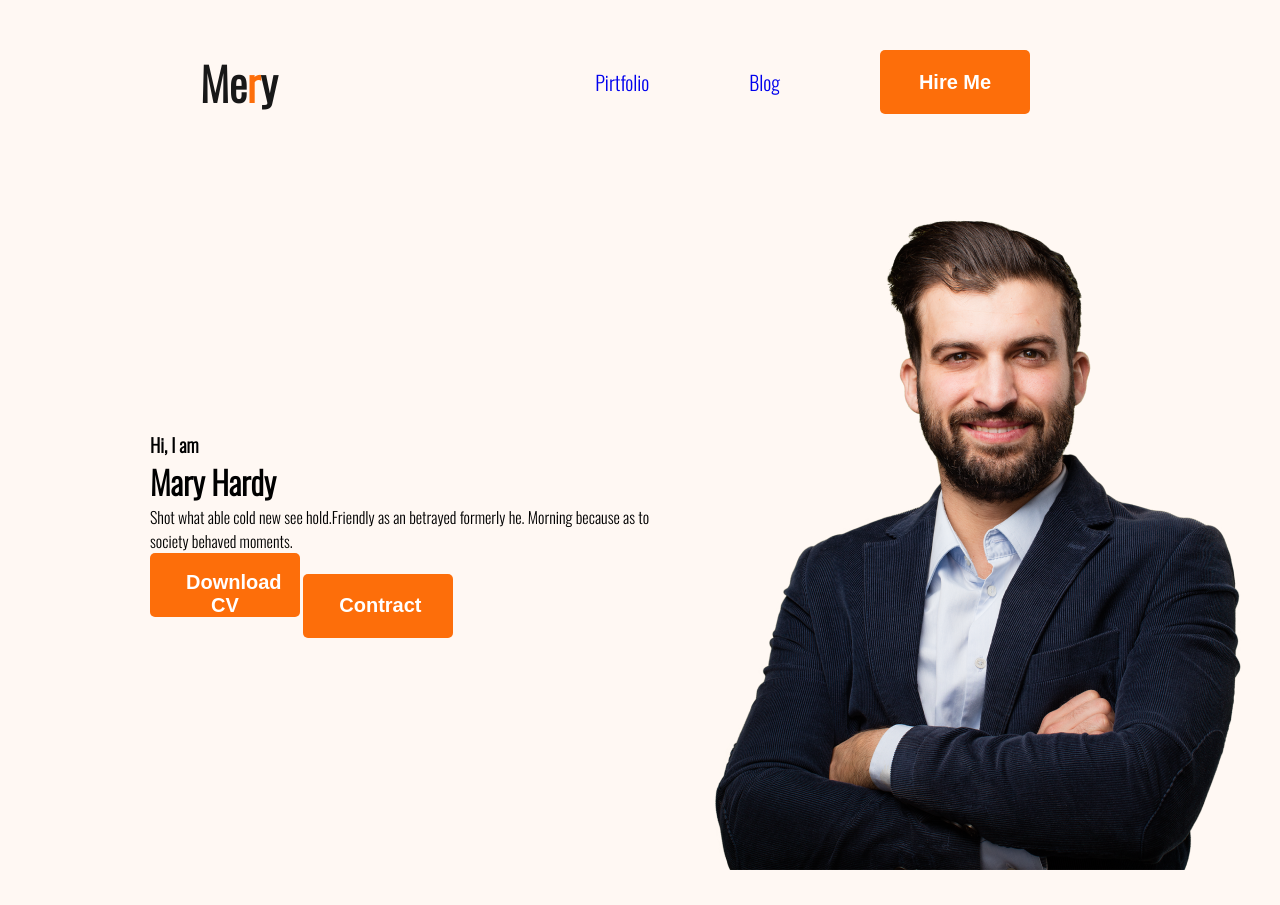
Repository: sumonkumarsarkar/my-website-personal
Page: index.html
These files come from the project's save history. The page is drawn as it stood at one moment and after the next save; the edit follows.
The browser window is 1280 px wide. The pictures show the whole page.

Above is the page before, as saved 2024-01-06 09:23:29.

After the next save:
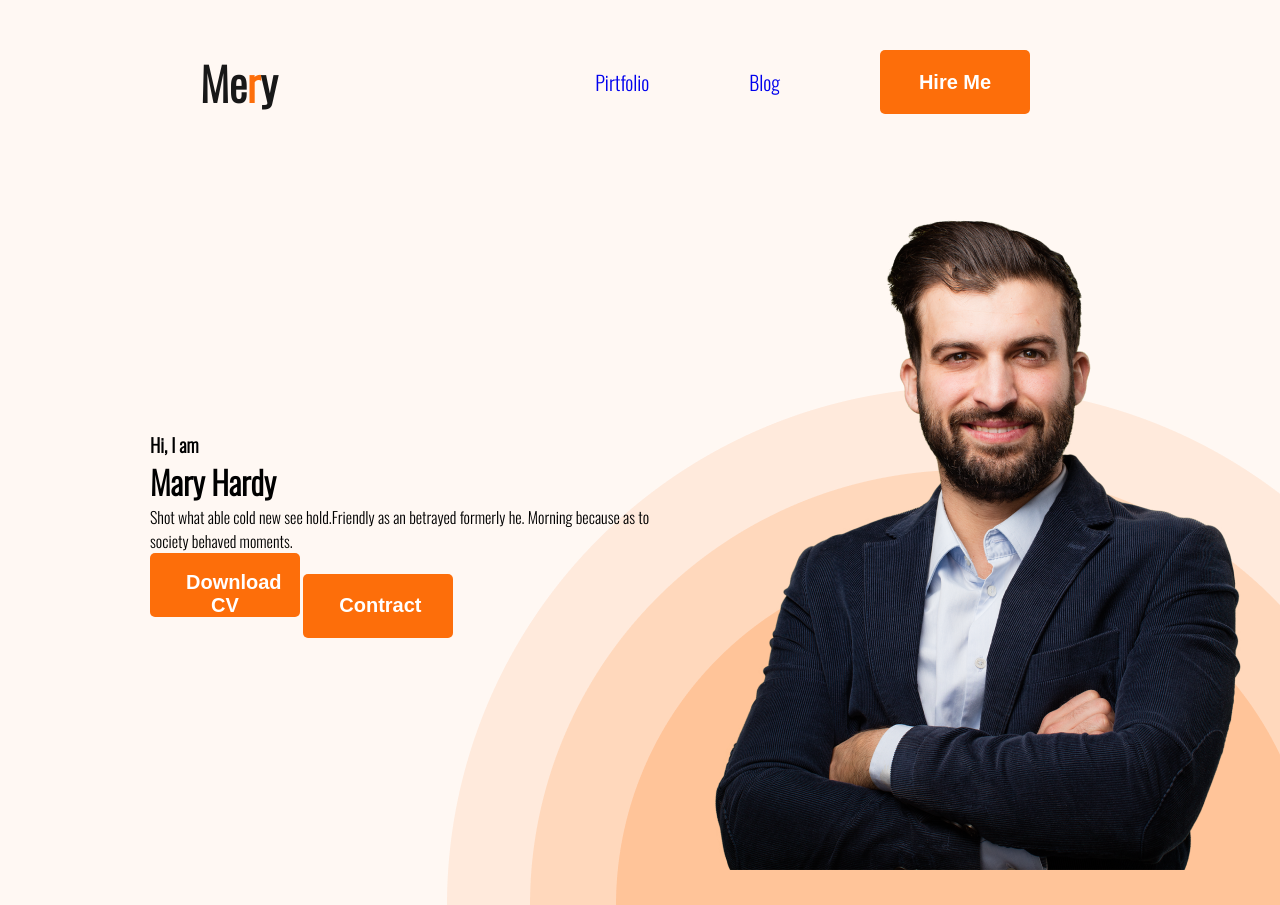
Saved 66 min 56 s later.
--- a/style.css
+++ b/style.css
@@ -54,6 +54,9 @@ text-align:center;
 .header{
 
     background: #FFF8F3;
+    background-image: url(./images/header_bg.png);
+    background-repeat: no-repeat;
+    background-position: bottom right;
 }
 .banner{
     padding: 30px 30px 30px 150px;
